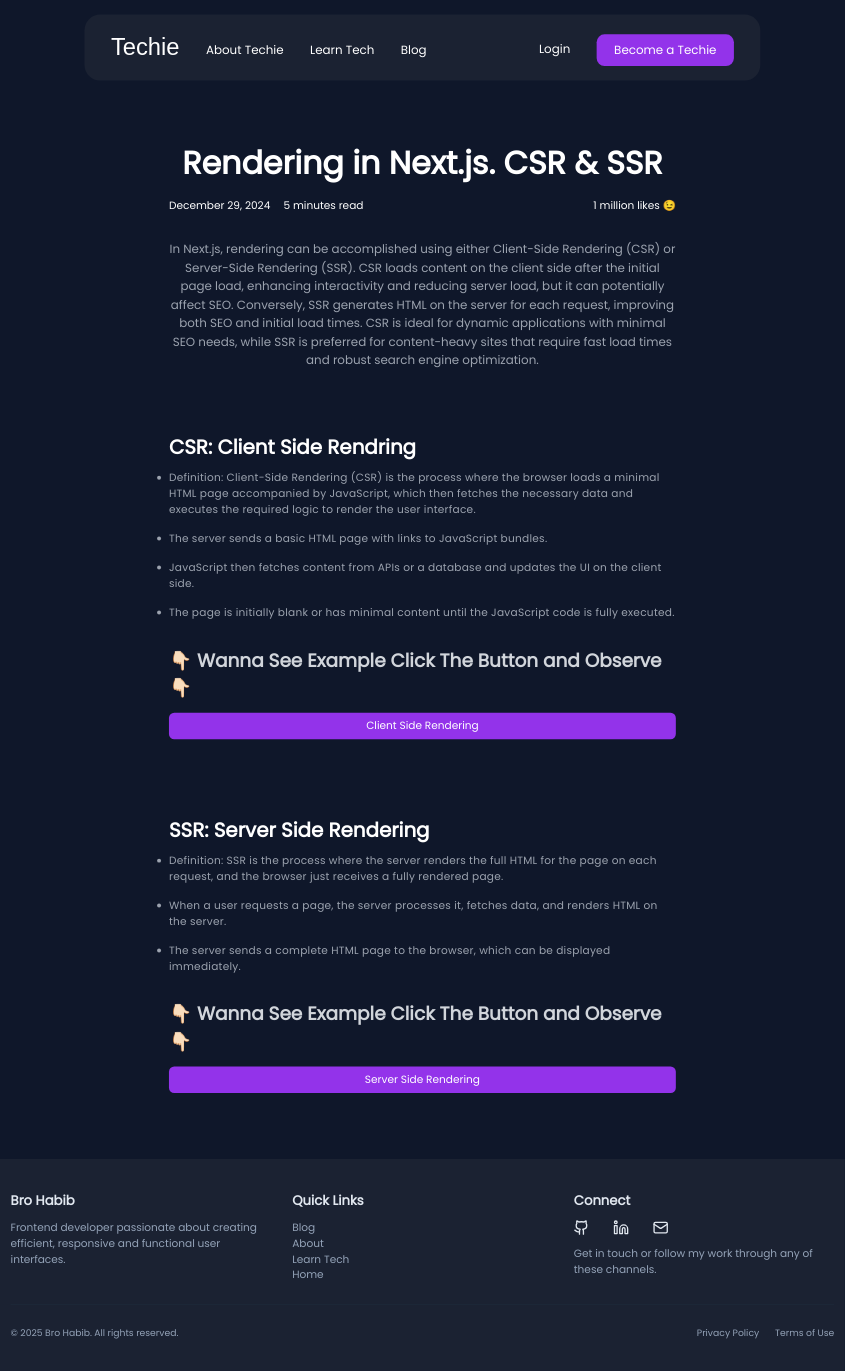
Repository: asadullah48/data-fetch
Page: /blog/rendering
An editor plug-in stored every save of this project. The page is shown before and after a run of saves, followed by the edit.
The browser window is 1280 px wide. The pictures show the whole page, at 66% of full size.
Some web fonts or font styles are not loaded; a fallback is used. The project was rebuilt for these pictures with package versions that can differ from the ones it lists, and the page was loaded fresh each time. The framework's server and built-in components were replaced by stand-ins that run in the browser. Also part of the build but not shown: next.config.mjs.

Above is the page before, as saved 2025-01-15 12:52:32.

After the next 2 saves:
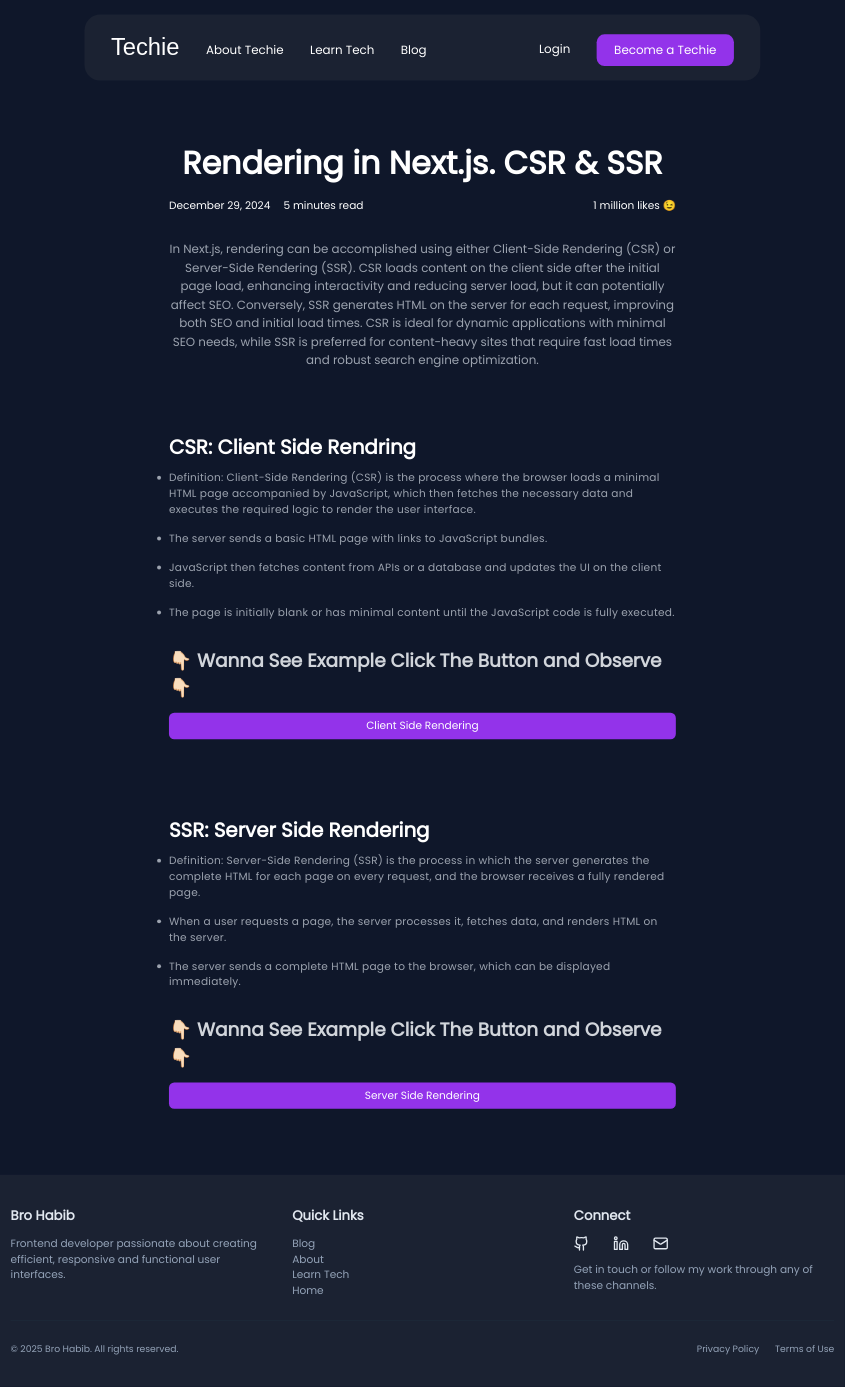
The 2 saves are shown as one change because they came seconds apart.
The last was saved 34 s later.
--- a/src/app/blog/rendering/page.tsx
+++ b/src/app/blog/rendering/page.tsx
@@ -89,9 +89,7 @@ export default function RenderingBlog() {
 
           <ul className="list-disc mb-8 tracking-wide text-gray-400 flex flex-col gap-5">
             <li>
-              Definition: SSR is the process where the server renders the full
-              HTML for the page on each request, and the browser just receives a
-              fully rendered page.
+            Definition: Server-Side Rendering (SSR) is the process in which the server generates the complete HTML for each page on every request, and the browser receives a fully rendered page.
             </li>
 
             <li>
